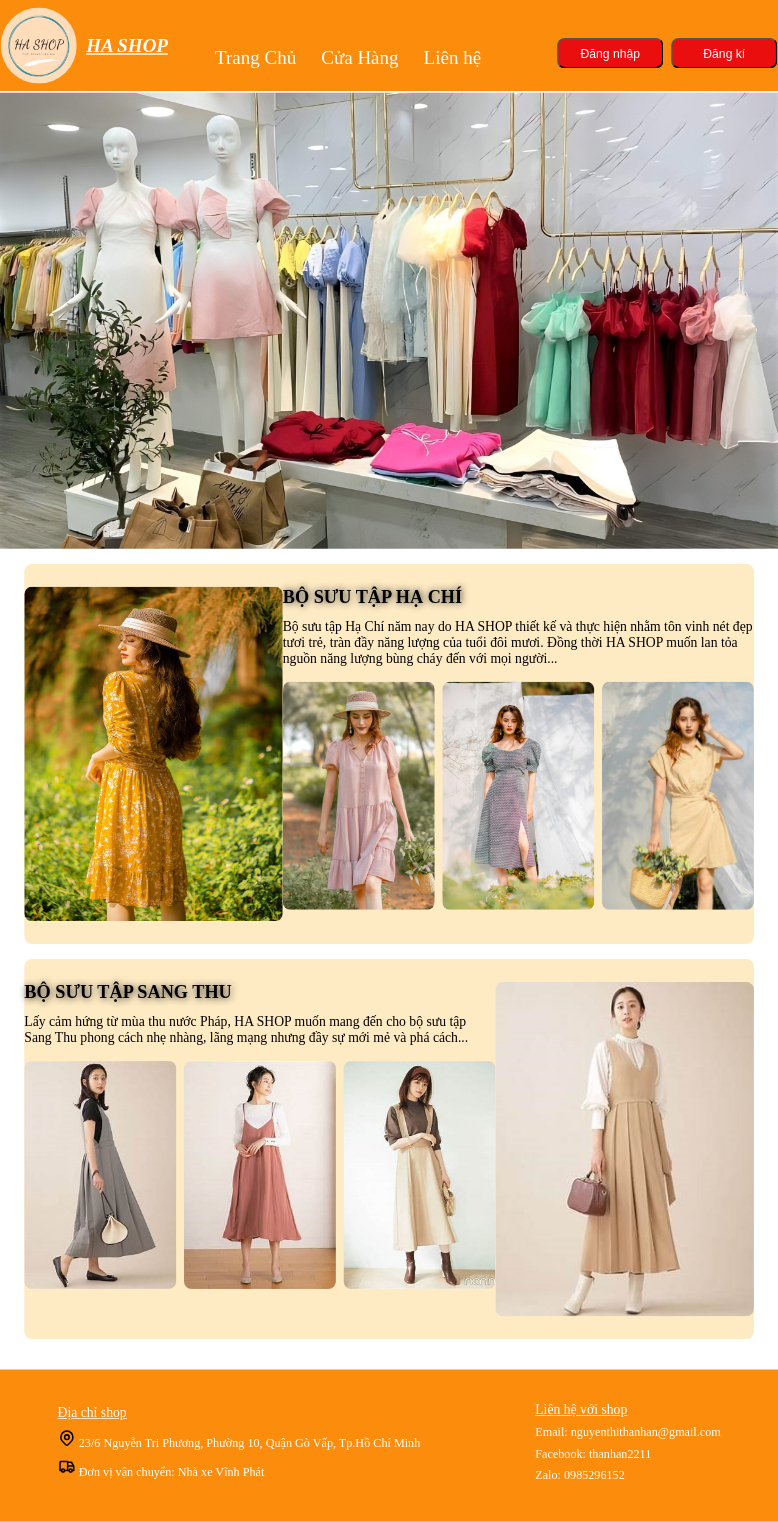
Repository: manhhieu120499/Project_ShopQuanAo
Page: index.html
The author's editor kept a copy of each file at every save. The page is drawn from the files as they stood at one save, then again after the next save.
The browser window is 1024 px wide. The pictures show the whole page, at 76% of full size.

Above is the page before, as saved 2023-04-07 22:14:30.

### index.html
<!DOCTYPE html>
<html lang="en">

<head>
    <meta charset="UTF-8" />
    <meta http-equiv="X-UA-Compatible" content="IE=edge" />
    <meta name="viewport" content="width=device-width, initial-scale=1.0" />
    <title>Document</title>
    <link rel="stylesheet" href="/css/style_trangchu.css">
    <link rel="stylesheet" href="/responsive/responsive_trangchu.css">
</head>

<body>
    <div class="wrap">
        <div class="header">
            <div class="left-header">
                <img src="/image/image_trangchu/Thời trang hiện dại.png" alt="logo_shop" class="picture"/>
                <h2 class="shop_name">HA SHOP</h2>
            </div>

            <div class="right-header">
                <div class="link">
                    <a href="#">Trang Chủ</a>
                    <a href="http://127.0.0.1:5501/html/ban_hang.html">Cửa Hàng</a>
                    <a href="#">Liên hệ</a>
                </div>
                 <div class="btn">
                     <button>Đăng nhập</button>
                     <button>Đăng kí</button>
                 </div>
            </div>

        </div>

        <div class="slide_bar">
            <img src="/image/image_trangchu/slide.jpg" alt="slide_picture">
        </div>

        <div class="album">
            <div class="album_one">
                <div class="left_picture">
                     <img src="/image/image_trangchu/10.jpg" alt="picture_ha_chi">
                </div>
                <div class="right_description">
                      <h2 class="title_album">BỘ SƯU TẬP HẠ CHÍ</h2>
                      <p class="desc">   Bộ sưu tập Hạ Chí năm nay do HA SHOP thiết kế và thực hiện nhằm tôn vinh nét đẹp tươi trẻ, tràn đầy năng lượng của tuổi đôi mươi. Đồng thời HA SHOP muốn lan tỏa nguồn năng lượng bùng cháy đến với mọi người...</p>
                      <div class="picture_etc">
                        <img src="/image/image_trangchu/11.jpg" alt="picture_ha_chi">
                        <img src="/image/image_trangchu/12.jpg" alt="picture_ha_chi">
                        <img src="/image/image_trangchu/13.jpg" alt="picture_ha_chi">
                      </div>
                </div>

            </div>

            <div class="album_two album_one ">
                <div class="right_description">
                    <h2 class="title_album">BỘ SƯU TẬP SANG THU</h2>
                    <p class="desc">   Lấy cảm hứng từ mùa thu nước Pháp, HA SHOP muốn mang đến cho bộ sưu tập Sang Thu phong cách nhẹ nhàng, lãng mạng nhưng đầy sự mới mẻ và phá cách...</p>
                    <div class="picture_etc">
                        <img src="/image/image_trangchu/5.jpg" alt="picture_sang_thu">
                        <img src="/image/image_trangchu/8.jpg" alt="picture_sang_thu">
                        <img src="/image/image_trangchu/6.jpg" alt="picture_sang_thu">
                    </div>
                </div>
                <div class="left_picture">
                     <img src="/image/image_trangchu/3.jpg" alt="picture_sang_thu">
                </div>

            </div>
        </div>

        <div class="footer">
            <div class="left_footer">
                  <p class="address">Địa chỉ shop</p>
                  <p>
                    <a class="icon">
                        <svg xmlns="http://www.w3.org/2000/svg" class="icon icon-tabler icon-tabler-map-pin" width="24" height="24" viewBox="0 0 24 24" stroke-width="2" stroke="currentColor" fill="none" stroke-linecap="round" stroke-linejoin="round">
                            <path stroke="none" d="M0 0h24v24H0z" fill="none"></path>
                            <path d="M12 11m-3 0a3 3 0 1 0 6 0a3 3 0 1 0 -6 0"></path>
                            <path d="M17.657 16.657l-4.243 4.243a2 2 0 0 1 -2.827 0l-4.244 -4.243a8 8 0 1 1 11.314 0z"></path>
                         </svg>
                    </a>
                     23/6 Nguyễn Tri Phương, Phường 10, Quận Gò Vấp, Tp.Hồ Chí Minh
                  </p>
                  <p>
                    <a>
                        <svg xmlns="http://www.w3.org/2000/svg" class="icon icon-tabler icon-tabler-truck" width="24" height="24" viewBox="0 0 24 24" stroke-width="2" stroke="currentColor" fill="none" stroke-linecap="round" stroke-linejoin="round">
                            <path stroke="none" d="M0 0h24v24H0z" fill="none"></path>
                            <path d="M7 17m-2 0a2 2 0 1 0 4 0a2 2 0 1 0 -4 0"></path>
                            <path d="M17 17m-2 0a2 2 0 1 0 4 0a2 2 0 1 0 -4 0"></path>
                            <path d="M5 17h-2v-11a1 1 0 0 1 1 -1h9v12m-4 0h6m4 0h2v-6h-8m0 -5h5l3 5"></path>
                         </svg>
                         Đơn vị vận chuyển: Nhà xe Vĩnh Phát
                    </a>
                  </p>
            </div>
            <div class="right_footer">
                 <p class="address">Liên hệ với shop</p>
                 <p>Email: nguyenthithanhan@gmail.com</p>
                 <p>Facebook: thanhan2211</p>
                 <p>Zalo: 0985296152</p>
            </div>

        </div>
    </div>

</body>

</html>

### css/style_trangchu.css
* {
    margin: 0;
    box-sizing: border-box;
}

.wrap {
    display: flex;
    flex-direction: column;
    width: 100%;
    height: 100%;
}


.header {
    background-color: #FC8D0C;
    display: flex;
    justify-content: space-around;
    position: fixed;
    width: 100%;
    top: 0;
    left: 0;
    padding: 10px 0;
    z-index: 1;
}

.left-header {
    width: 270px;
    display: flex;
    align-items: center;
    justify-content: space-between;
}

.left-header .picture {
    width: 100px;
    height: 100px;
    border-radius: 50%;
}

.left-header .shop_name {
    color: white;
    font-size: 25px;
    text-decoration: underline;
    font-style: italic;
}

.right-header .link {
    width: 400px;
    display: flex;
    justify-content: space-between;
}

.right-header .link a:hover {
    color: black;
}

.right-header .link > a {
    color: white;
    text-decoration: none;
    font-size: 25px;
    /* padding: 10px 35px; */
}

.right-header {
    width: 800px;
    display: flex;
    align-items: flex-end;
    margin-bottom: 20px;
    justify-content: space-between;
}

.right-header .btn {
    display: flex;
    justify-content: space-between;
    width: 300px;
}

.right-header .btn > button {
    background-color: #EA0E0E;
    padding: 10px 15px;
    border-radius: 10px;
    font-size: 16px;
    color: white;
    width: 200px;
    height: 40px;
    margin-left: 10px;
}



/* slide bar*/
.slide_bar {
    margin-top: 122px;
    height: 400px;
}
.slide_bar > img{
    width: 100%;
    object-fit: cover;
    height: 600px;
    display: block;
    margin-bottom: 20px;
}

/*album bo suu tap*/
.album {
    display: flex;
    width: calc(100% - 32px);
    flex-direction: column;
}
.album_one {
    margin-top: 220px;
    width: calc(100% - 32px);
    margin-left: 32px;
    height: 500px;
    background-color: #FEEAC3;
    display: flex;
    justify-content: space-around;
    align-items: center;
    border-radius: 10px;

}

.left_picture {
    width: 340px;
    height: 440px;
}
.left_picture img{
    width: 340px;
    height: 440px;
    border-radius: 10px;
}

.left_picture img:hover {
    transform: scale(1.1);
    transition: ease all 0.7s;
}

.right_description {
    width: 700px;
    height: 440px;
    display: flex;
    flex-direction: column;
}

.right_description > .picture_etc{
    display: flex;
    align-items: center;
    justify-content: space-between;
}

.right_description > .picture_etc > img {
    width: 200px;
    height: 300px;
    border-radius: 10px;
    object-fit: cover;
    margin-top: 10px;
}

.right_description > .picture_etc > img:hover {
    transform: scale(1.1);
    transition: ease all 0.7s;
}

.right_description .title_album {
    font-weight: 600px;
    margin-bottom: 15px;
    text-shadow: 1px 1px 10px #222;
}

.right_description .desc {
    font-size: 18px;
    text-align: start;
    margin-bottom: 10px;
}

.album .album_two {
    margin-top: 20px;
}

/*footer*/
.footer {
    margin-top: 40px;
    width: 100%;
    height: 200px;
    background-color: #FC8D0C;
    display: flex;
    justify-content: space-around;
    align-items: center;
    color: white;
}

.footer .left_footer {
    display: flex;
    flex-direction: column;
}

.left_footer p {
    margin-bottom: 10px;
}

.left_footer .address {
    text-decoration: underline;
    font-size: 18px;
}

.footer .right_footer {
    display: flex;
    flex-direction: column;
}

.right_footer p {
    margin-bottom: 10px;
}

.right_footer .address {
    text-decoration: underline;
    font-size: 18px;
}

.footer svg {
    color: black;
}

### responsive/responsive_trangchu.css
@media screen and (max-width: 1024px){
    .left-header {
        width: 220px;
    }

    .right-header .link {
        width: 350px;
        margin-left: 60px;
    }
}

After the next save:
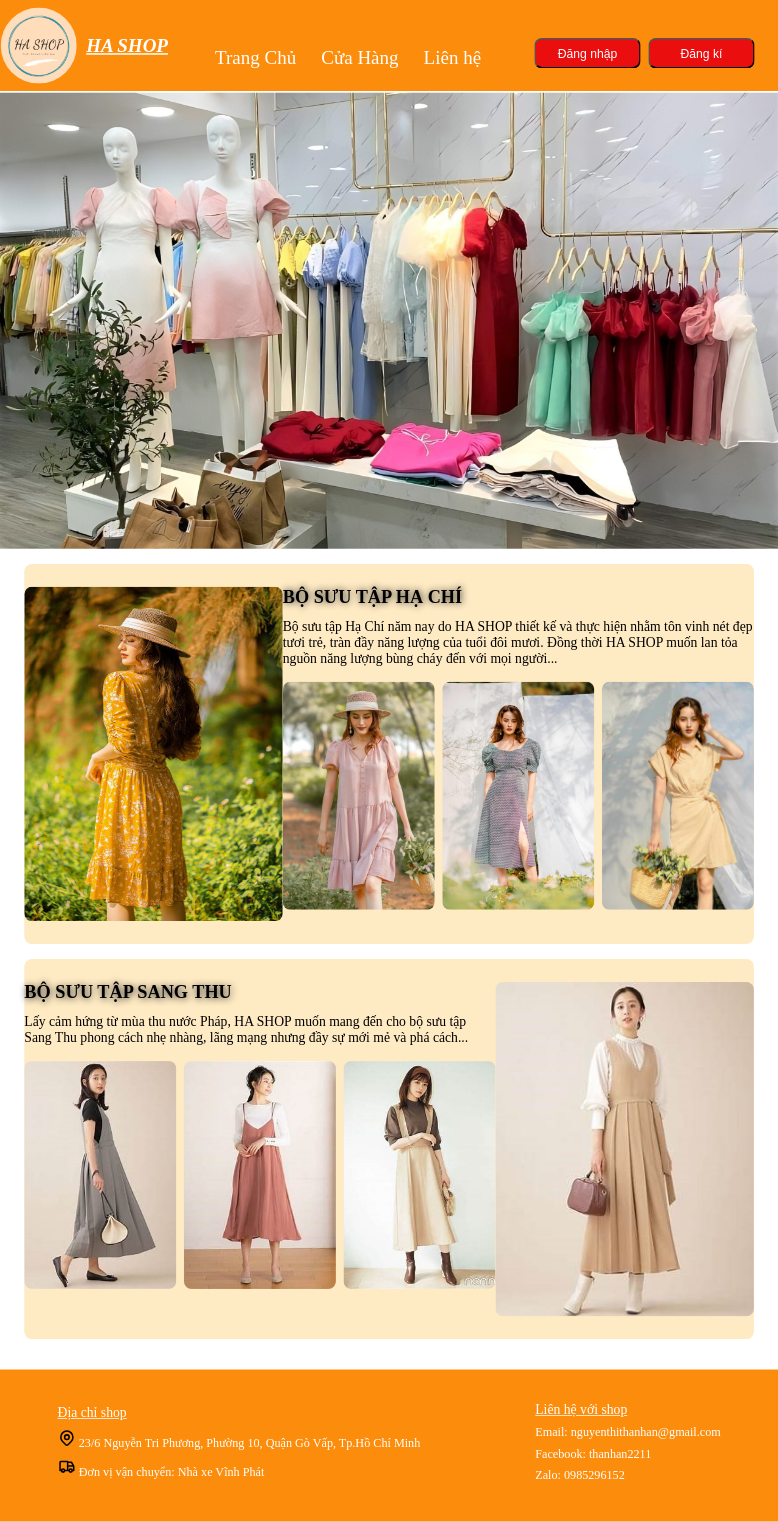
Saved 22 s later.
--- a/responsive/responsive_trangchu.css
+++ b/responsive/responsive_trangchu.css
@@ -7,4 +7,8 @@
         width: 350px;
         margin-left: 60px;
     }
+
+    .btn {
+        margin-right: 30px;
+    }
 }
